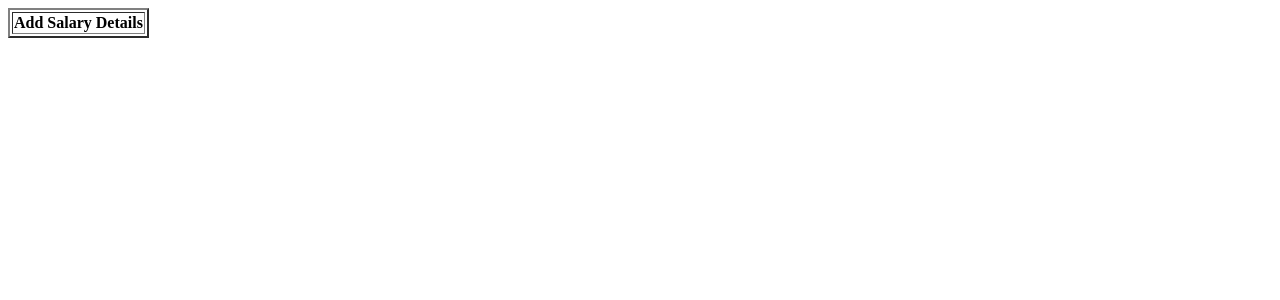
Repository: omgitsrish/MyProject
Page: http://localhost/Employee/
The author's editor kept a copy of each file at every save. The page is drawn from the files as they stood at one save, then again after the next save.
The browser window is 1280 px wide. The pictures show the whole page.
The page is served by Tomcat 9. Other server files are loaded and not shown.

Above is the page before, as saved 2018-07-31 19:34:18.

### Test/Employee/WebContent/index.jsp
<%@ page language="java" contentType="text/html; charset=ISO-8859-1"
	pageEncoding="ISO-8859-1"%>

<html>
<head>
<meta http-equiv="Content-Type" content="text/html; charset=ISO-8859-1">
<title>Insert title here</title>
</head>
<body>

<form action="Controller" method="get">
	<table border="2">
		<th>Add Salary Details</th>

	</table>
</form>

</body>
</html>

After the next save:
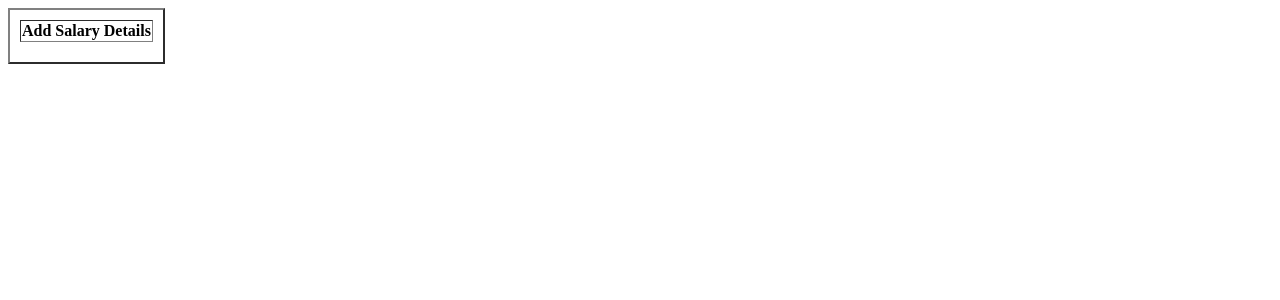
Saved 50 s later.
--- a/Test/Employee/WebContent/index.jsp
+++ b/Test/Employee/WebContent/index.jsp
@@ -9,9 +9,9 @@
 <body>
 
 <form action="Controller" method="get">
-	<table border="2">
+	<table border="2" cellspacing="10">
 		<th>Add Salary Details</th>
-
+		<tr>
 	</table>
 </form>
 
